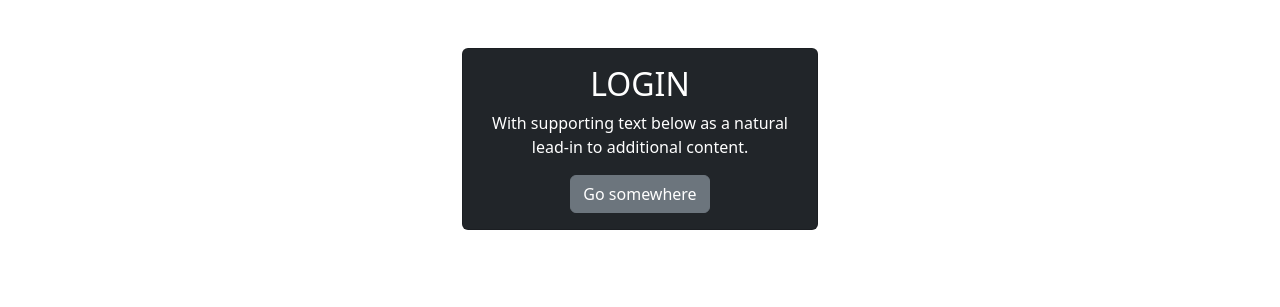
Repository: Rohit1995K/React-redux
Page: /
The author's editor kept a copy of each file at every save. The page is drawn from the files as they stood at one save, then again after the next save.
The browser window is 1280 px wide. The pictures show the whole page.
The project was rebuilt for these pictures with package versions that can differ from the ones it lists, and the page was loaded fresh each time. Also part of the build but not shown: src/Components/CartItem.js, src/Containers/CartContainer.js, src/Components/Navbar.js.

Above is the page before, as saved 2022-10-23 23:45:49.

### src/App.js
import './App.css';
import 'bootstrap/dist/css/bootstrap.min.css';
import CartContainer from './Containers/CartContainer';
import Navbar from './Components/Navbar';
import Login from './Components/Login/Login';

function App() {
  return (
    <div className="App">
        <Login />
        {/* <CartContainer /> */}
    </div>
  );
}

export default App;

### src/Services/Reducers/index.js
import {combineReducers} from 'redux'
import cardItems from "./reducer";

export default combineReducers({
    cardItems
});

### src/Components/Login/Login.js
import React from "react";
import { Card,CardBody,CardTitle,CardText,Button } from "reactstrap";


const Login = () => {

    return (
        <div className="container">
        <div className="row">
            <div className="offset-md-4 col-md-4">
                <Card className="mt-5" color="dark" inverse>
                    <CardBody>
                        <CardTitle tag="h2">
                            LOGIN
                        </CardTitle>
                        <CardText>
                            With supporting text below as a natural lead-in to additional content.
                        </CardText>
                        <Button>
                            Go somewhere
                        </Button>
                    </CardBody>
                </Card>
            </div>
        </div>
        </div>
    )
}

export default Login;

### src/Services/Reducers/reducer.js
// import { ADD_TO_CART, REMOVE_FROM_CART } from "../Constant";
import { createSlice } from "@reduxjs/toolkit";
import cardItems from "../../cartItems";

const initialState = {
    cardData : cardItems,
    amount:4,
    total:0,
    isLoader:true
}

const cartSlice = createSlice({
    name: 'cart',
    initialState,
    reducers: {
        clearCart: (state) => {
            state.cardData = []
        },
        removeItem: (state, action) => {
            const itemId = action.payload;
            state.cardData = state.cardData.filter((item) =>
            item.id !== itemId);
        },
        increase: (state, {payload}) => {
            const cardItem = state.cardData.find((item) => item.id === payload.id);
            cardItem.amount = cardItem.amount + 1;
        },
        decrease: (state, {payload}) => {
            const cardItem = state.cardData.find((item) => item.id === payload.id);
            cardItem.amount = cardItem.amount - 1;
        },
    }
})

export const { clearCart , removeItem} = cartSlice.actions;
export default cartSlice.reducer;

### src/cartItems.js
const cartItems = [
    {
        id:'1',
        title:'iphone',
        price:'4000',
        amount:1
    },
    {
        id:'2',
        title:'samsung',
        price:'3500',
        amount:1
    },
    {
        id:'3',
        title:'oneplus',
        price:'3000',
        amount:1
    },
    {
        id:'4',
        title:'Redmi',
        price:'2000',
        amount:1
    },
    {
        id:'5',
        title:'Oppo',
        price:'2500',
        amount:1
    }
]

export default cartItems;

Loaded but not shown: public/index.html (common file); src/index.js (common file); src/index.css (common file); src/reportWebVitals.js (common file); src/App.css (common file)

After the next save:
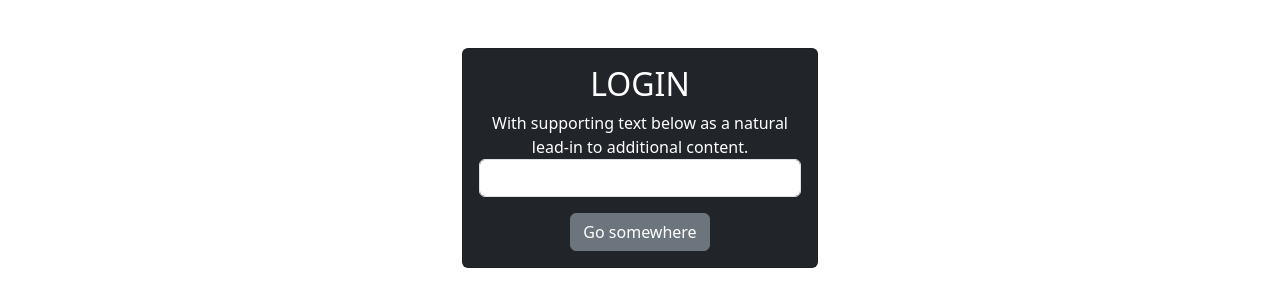
Saved 36 h 34 min later.
--- a/src/Components/Login/Login.js
+++ b/src/Components/Login/Login.js
@@ -1,5 +1,5 @@
 import React from "react";
-import { Card,CardBody,CardTitle,CardText,Button } from "reactstrap";
+import { Card,CardBody,CardTitle,CardText,Button,Input } from "reactstrap";
 
 
 const Login = () => {
@@ -15,6 +15,7 @@ const Login = () => {
                         </CardTitle>
                         <CardText>
                             With supporting text below as a natural lead-in to additional content.
+                            <Input />
                         </CardText>
                         <Button>
                             Go somewhere
